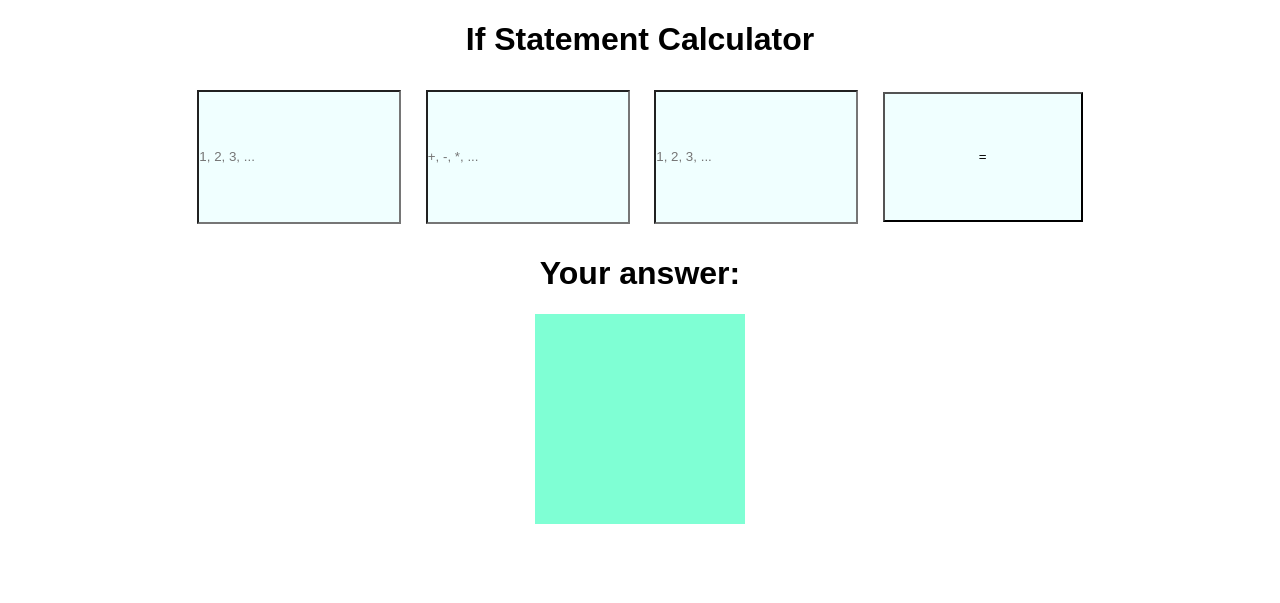
Repository: WesleyErasmus/threeInputCalculator
Page: html/if-calculator.html
An editor plug-in stored every save of this project. The page is shown before and after the next save, followed by the edit.
The browser window is 1280 px wide. The pictures show the whole page.

Above is the page before, as saved 2022-04-27 22:13:03.

After the next save:
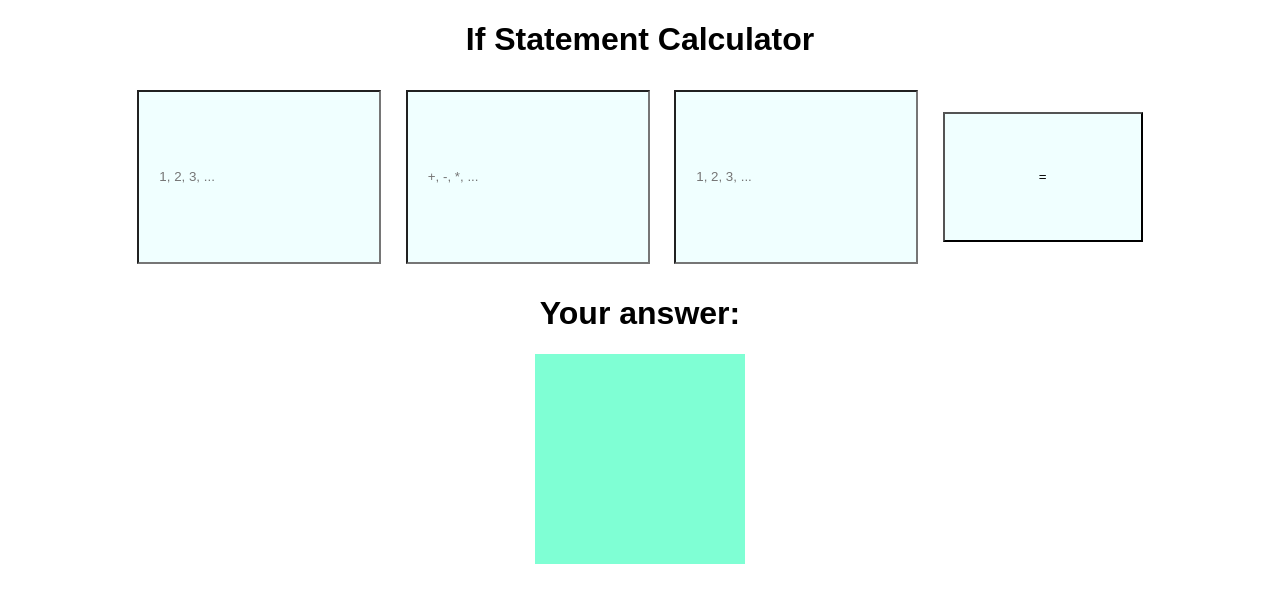
Saved 32 s later.
--- a/css/stylesheet.css
+++ b/css/stylesheet.css
@@ -9,8 +9,9 @@ input {
     background-color: azure;
     width: 200px;
     height: 130px;
-    padding: 0;
+    padding: 20px;
     margin: 10px;
+
 }
 button {
     background-color: azure;
